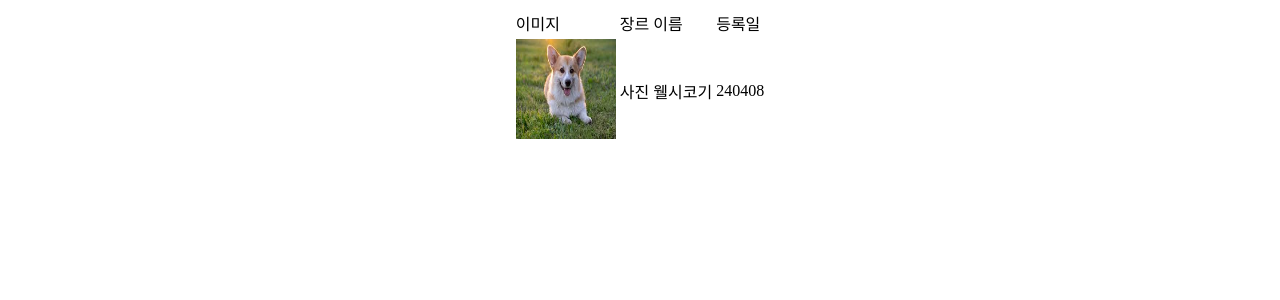
Repository: bbseok97/HTML
Page: http://localhost/jspbasic/request/req_video.jsp
These files come from the project's save history. The page is drawn as it stood at one moment and after a run of saves; the edit follows.
The browser window is 1280 px wide. The pictures show the whole page.
The page is served by Tomcat 9.

Above is the page before, as saved 2024-04-08 01:43:36.

After the next 2 saves:
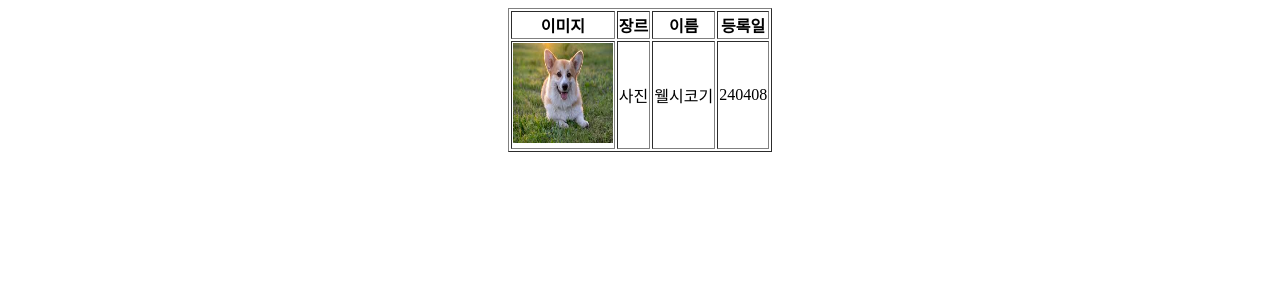
The 2 saves are shown as one change because 1 did not build or start.
The last was saved 45 s later.
--- a/jspbasic/src/main/webapp/request/req_video.jsp
+++ b/jspbasic/src/main/webapp/request/req_video.jsp
@@ -14,12 +14,12 @@
 		 -->
 
 		 <div align="center">	<!-- 블럭을 만들어 사용하는 태그 -->
-		 	<table>
+		 	<table border="1">
 		 		<tr>
-		 			<td>이미지</td>
-		 			<td>장르</td>
-		 			<td>이름</td>
-		 			<td>등록일</td>
+		 			<th>이미지</th>
+		 			<th>장르</th>
+		 			<th>이름</th>
+		 			<th>등록일</th>
 
 		 		</tr>
 		 		<tr>
